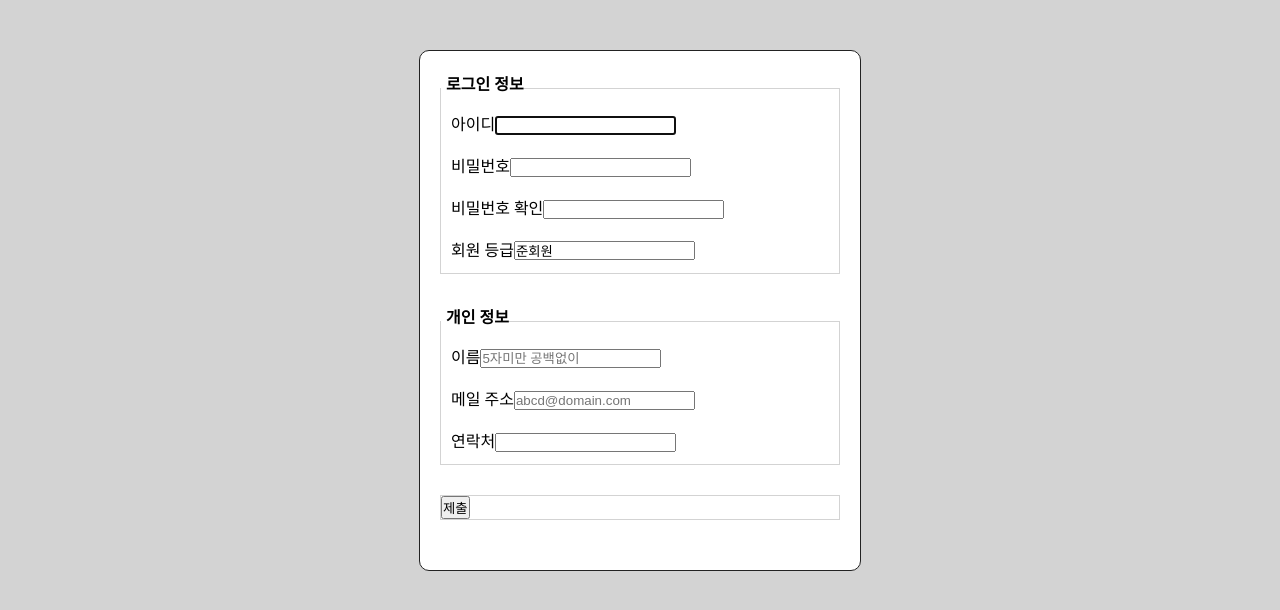
Repository: Kebiskim/2023_WebStudy
Page: 01_css/src/main/webapp/day02/Ex06_Layout_Float.html
The author's editor kept a copy of each file at every save. The page is drawn from the files as they stood at one save, then again after a run of saves.
The browser window is 1280 px wide. The pictures show the whole page.

Above is the page before, as saved 2023-06-26 03:45:42.

After the next 3 saves:
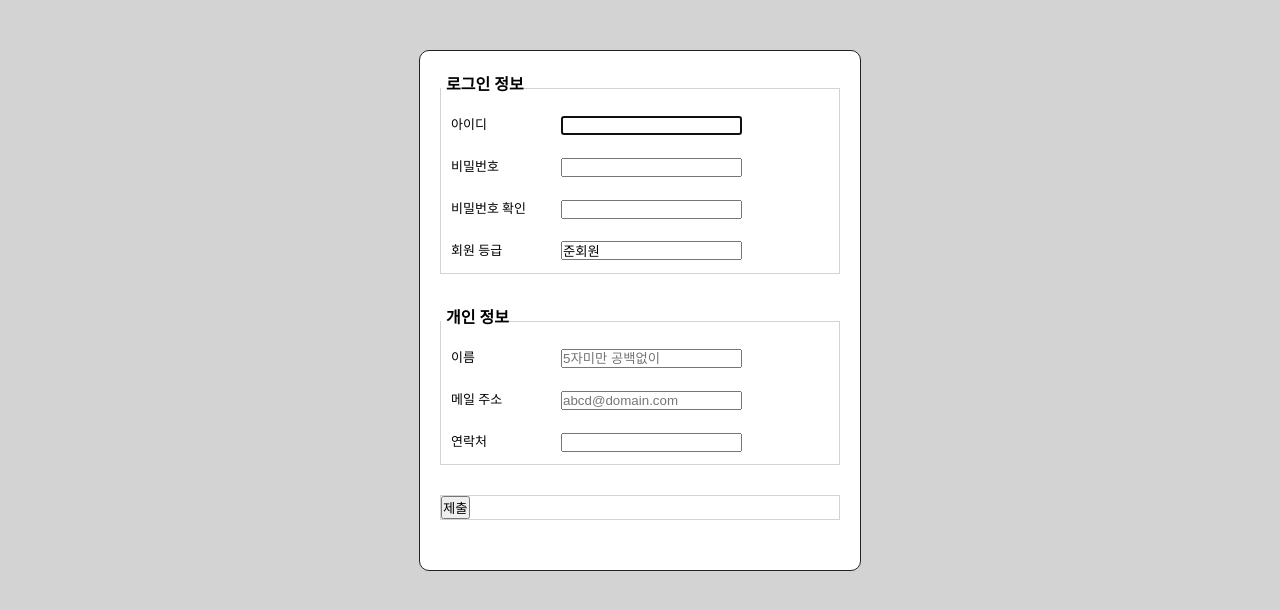
The 3 saves are shown as one change because they came seconds apart.
The last was saved 2 min 25 s later.
--- a/01_css/src/main/webapp/day02/Ex06_Layout_Float.html
+++ b/01_css/src/main/webapp/day02/Ex06_Layout_Float.html
@@ -38,6 +38,8 @@
   	}
   	#signup label{
   		float: left;
+  		font-size: 13px;
+  		width: 110px;
   	}
   </style>
 </head>
